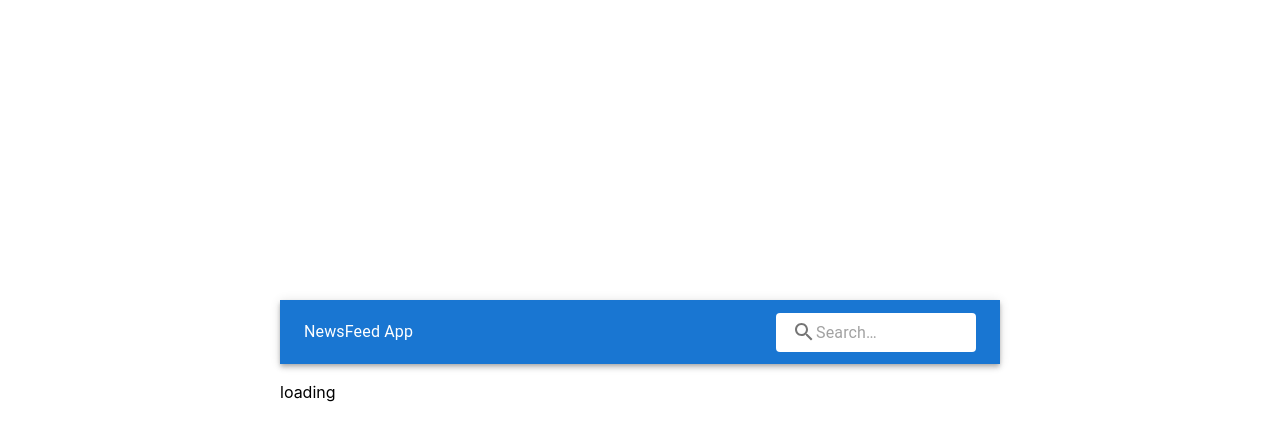
Repository: Baraajad231/News-Feed
Page: /
An editor plug-in stored every save of this project. The page is shown before and after the next save, followed by the edit.
The browser window is 1280 px wide. The pictures show the whole page.
The page's requests for data from a server got no answer. The project was rebuilt for these pictures with package versions that can differ from the ones it lists, and the page was loaded fresh each time. No one was signed in, and anything a server would have sent is missing. Also part of the build but not shown: vite.config.js, src/components/newsArticle.jsx, src/components/NewsFeed.jsx.

Above is the page before, as saved 2026-03-20 18:49:18.

After the next save:
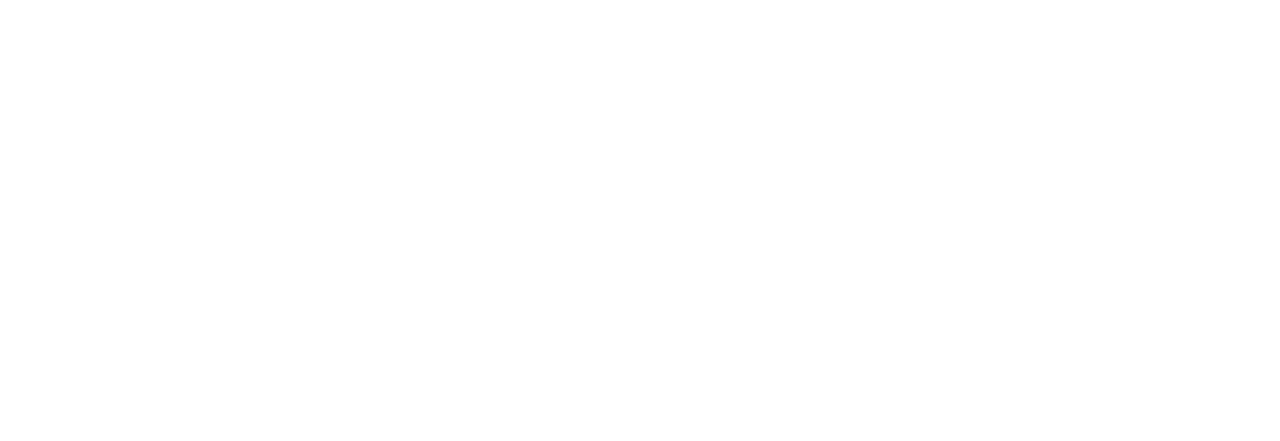
Console error: ReferenceError: fales is not defined
Saved 6 s later.
--- a/src/App.jsx
+++ b/src/App.jsx
@@ -5,7 +5,7 @@
 
 function App() {
   const [articles, setArticles] = useState([]);
-  const [isLoading, setIsLoading] = useState([]);
+  const [isLoading, setIsLoading] = useState(fales);
 
   const loadData = async (q) => {
     const response = await fetch(

After the save that followed:
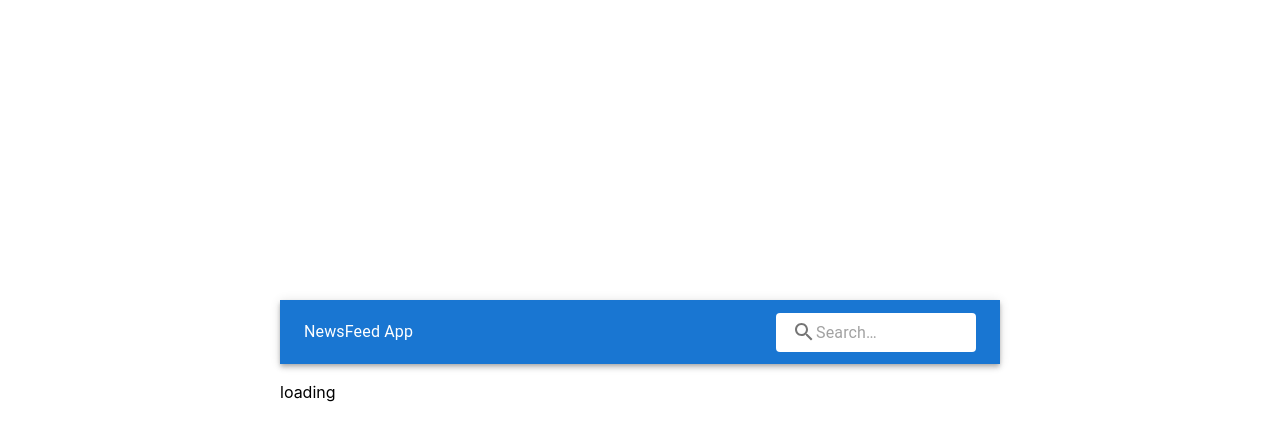
The error is gone.
Saved 21 s later.
--- a/src/App.jsx
+++ b/src/App.jsx
@@ -5,9 +5,10 @@
 
 function App() {
   const [articles, setArticles] = useState([]);
-  const [isLoading, setIsLoading] = useState(fales);
+  const [isLoading, setIsLoading] = useState(false);
 
   const loadData = async (q) => {
+    setIsLoading(true);
     const response = await fetch(
       `https://newsapi.org/v2/top-headlines?country=us&q=${q}&apiKey=${import.meta.env.VITE_NEWS_API_KEY}`,
     );
